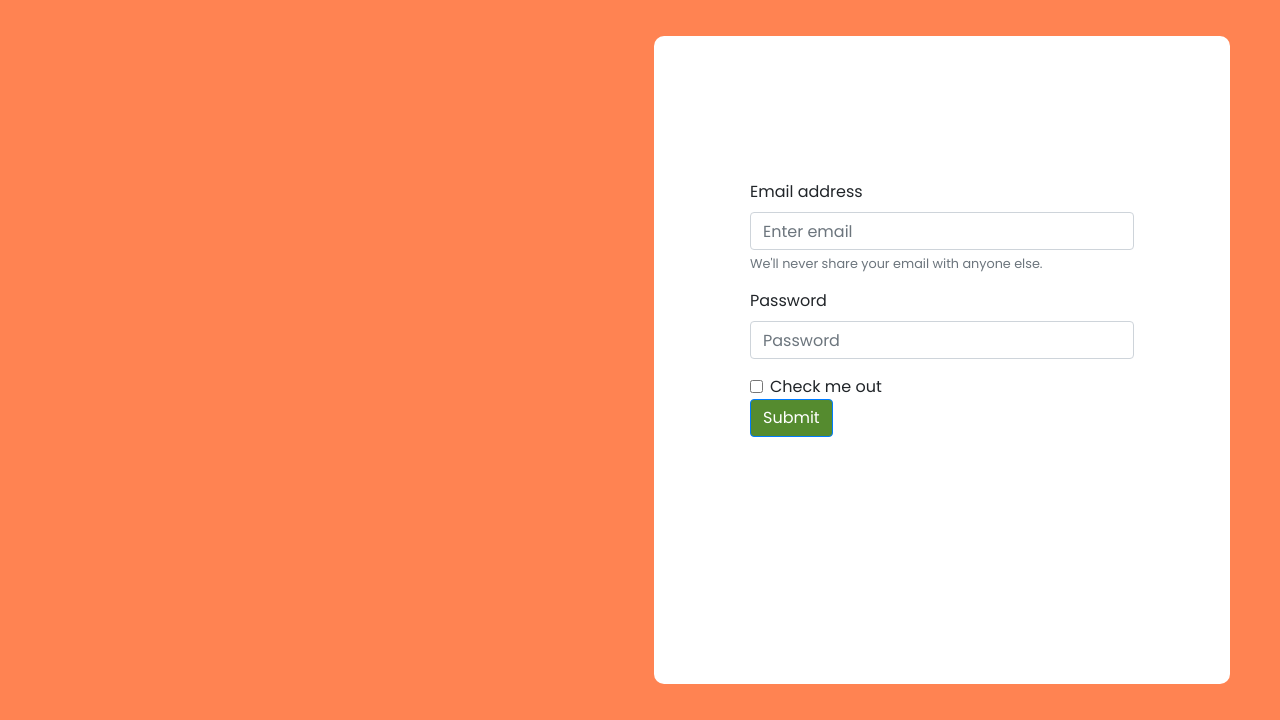
Repository: MilenaMelo/WebSite-PetCheers
Page: /login
These files come from the project's save history. The page is drawn as it stood at one moment and after a run of saves; the edit follows.
The browser window is 1280 px wide. The pictures show the whole page.
The project was rebuilt for these pictures with package versions that can differ from the ones it lists, and the page was loaded fresh each time.

Above is the page before, as saved 2020-08-20 15:56:44.

After the next 2 saves:
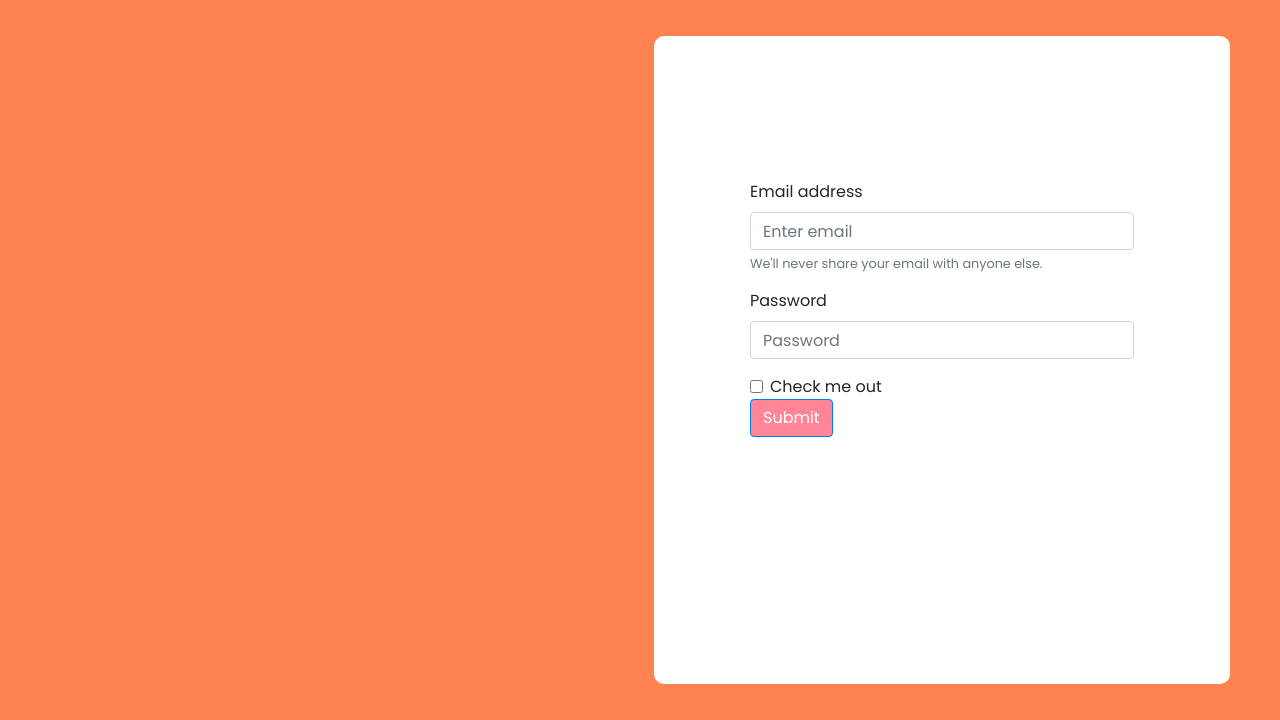
The 2 saves are shown as one change because 1 did not build or start.
The last was saved 27 s later.
--- a/src/pages/login/Login.vue
+++ b/src/pages/login/Login.vue
@@ -60,7 +60,7 @@ export default {}
   height: 90vh;
   border-radius: 10px;
   .btn-primary {
-    background-color: var(--green) !important;
+    background-color: var(--pink);
   }
 }
 .form-login {
